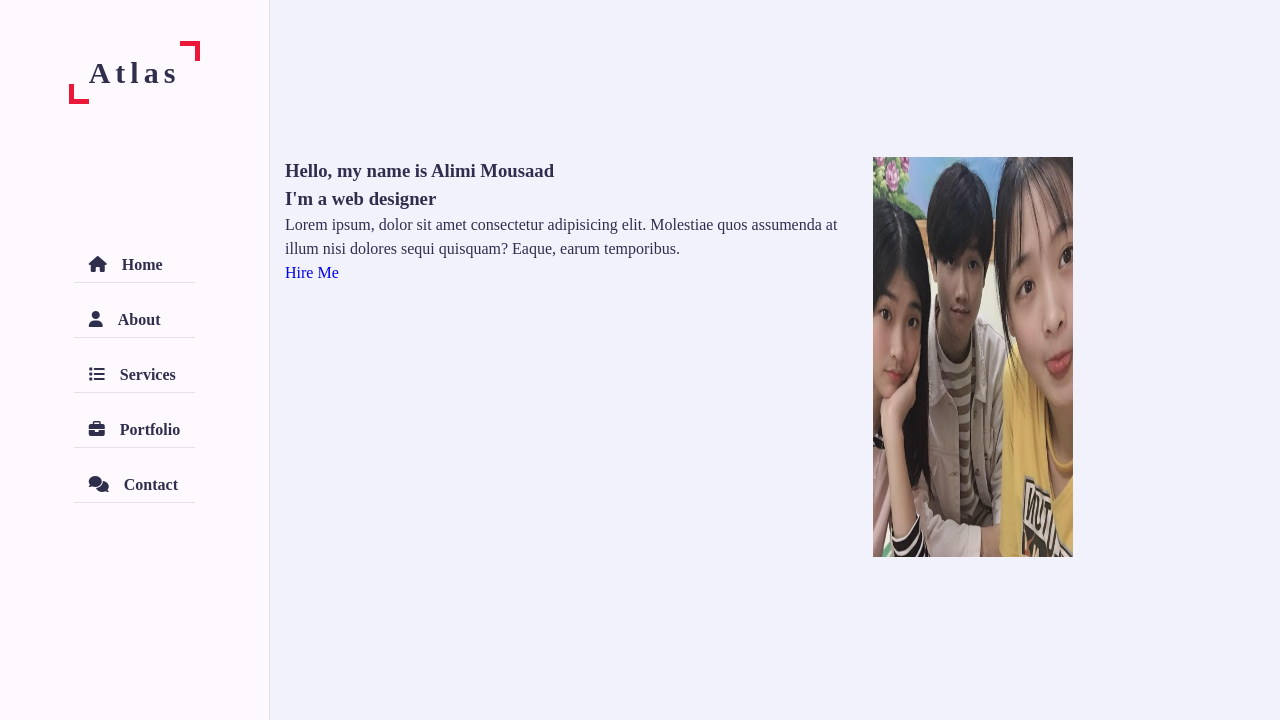
Repository: luanhoang0902/portfolio-ui
Page: index.html
An editor plug-in stored every save of this project. The page is shown before and after the next save, followed by the edit.
The browser window is 1280 px wide. The pictures show the whole page.
Some web fonts or font styles are not loaded; a fallback is used. Some web libraries are served in a nearby version.

Above is the page before, as saved 2022-06-02 15:03:01.

### index.html
<!DOCTYPE html>
<html lang="en">
  <head>
    <meta charset="UTF-8" />
    <meta http-equiv="X-UA-Compatible" content="IE=edge" />
    <meta name="viewport" content="width=device-width, initial-scale=1.0" />
    <title>Document</title>

    <!--  ===== CSS Files ===== -->
    <link rel="stylesheet" href="./css/style.css" />
    <link rel="stylesheet" href="./css/skins/color-1.css" />
    <link
      rel="stylesheet"
      href="https://cdnjs.cloudflare.com/ajax/libs/font-awesome/6.1.1/css/all.min.css"
    />
  </head>
  <body>
    <!--  ===== Main Container Start> ===== -->
    <div class="main-container">
      <!--  ===== Aside Start> ===== -->
      <div class="aside">
        <div class="logo">
          <a href="#"><span>A</span>tlas</a>
        </div>
        <div class="nav-toggler">
          <span></span>
        </div>
        <ul class="nav">
          <li><a href="#"><i class="fa fa-home" class = "active"></i>Home</a></li>
          <li><a href="#"><i class="fa fa-user"></i>About</a></li>
          <li><a href="#"><i class="fa fa-list"></i>Services</a></li>
          <li><a href="#"><i class="fa fa-briefcase"></i>Portfolio</a></li>
          <li><a href="#"><i class="fa fa-comments"></i>Contact</a></li>
        </ul>
      </div>
      <!--  ===== Aside End> ===== -->
      <!--  ===== Main Content Start> ===== -->
      <div class="main-content">
        <!--  ===== Home Selection Start> ===== -->
        <section class="home section">
          <div class="container">
            <div class="row">
              <div class="home-info">
                <h3 class="hello">Hello, my name is <span class="name">Alimi Mousaad</span></h3>
                <h3 class="my-profession">I'm a <span class="typing">web designer</span></h3>
                <p>Lorem ipsum, dolor sit amet consectetur adipisicing elit. Molestiae quos assumenda at illum nisi dolores sequi quisquam? Eaque, earum temporibus.</p>
                <a href="#contact" class = "btn hire-me">Hire Me</a>
              </div>
              <div class="home-img">
                <img src="./images/avatar.JPG" alt="">
              </div>
            </div>
          </div>
        </section>
        <!--  ===== Home Selection End> ===== -->
      </div>
       <!--  ===== Main Content End> ===== -->
    </div>
    <!--  ===== Main Container End> ===== -->
    <!--  ===== JS Files ===== -->
    <script src="js/script.js"></script>
  </body>
</html>

### css/style.css
/* import font chữ vào */
@import url('https://fonts.googleapis.com/css2?family=Clicker+Script&family=Montserrat:ital,wght@1,100&family=Poppins:ital,wght@0,200;0,300;0,400;0,500;0,700;1,600&display=swap');
/* Khai báo biến */
:root
{
    --bg-black-900: #f2f2fc;
    --bg-black-100: #fdf9ff;
    --bg-balck-50: #e8dfec;

    --text-black-900: #302e4d;
    --text-black-700: #504e70;
}

body
{
    line-height: 1.5;
    font-size: 16px;
    font-family: 'Poopins' sans-serif;
}

*
{
    margin: 0;
    padding: 0;
    outline: none;
    text-decoration: none;
    box-sizing: border-box;
}

::before,::after {
    box-sizing: border-box;
}

ul
{
    list-style: none;
}

.section
{
    background: var(--bg-black-900);
    min-height: 100vh;
    display: block;
    position: fixed;
    padding: 0 30px;
    left: 270px;
    top: 0;
    right: 0;
    opacity: 1;
}
.padd-15
{
    padding-left: 15px;
    padding-right: 15px;
}
.container
{
    max-width: 1100px;
    width: 100%;
    margin: auto;
}
.row
{
    display: flex;
    flex-wrap: wrap;
    margin-left: -15px;
    margin-right: -15px;
    position: relative;
}
/* aside */
.aside
{
    position: fixed;
    left: 0;
    top: 0;

    display: flex;
    justify-content: center;
    align-items: center;

    width: 270px;

    background: var(--bg-black-100);

    border-right: 1px solid var(--bg-balck-50);
    padding: 30px;
    height: 100%;
    z-index: 10;
}
.aside .logo
{
    position: absolute;
    top: 50px;
    font-size: 30px;
    text-transform: capitalize;
}
.aside .logo a
{
    position: relative;
    color: var(--text-black-900);
    font-weight: 700;

    padding: 15px 20px;
    font-size:30px;
    letter-spacing: 5px;
}
.aside .logo a span
{
    font-family: 'Click Script', cursive;
    font-family: 40px;
}
.aside .logo a::before
{
    content: '';
    position: absolute;
    bottom: 0;
    left: 0;
    width: 20px;
    height: 20px;

    border-bottom: 5px solid var(--skin-color);
    border-left: 5px solid var(--skin-color);
}
.aside .logo a::after
{
    content: '';
    position: absolute;
    top: 0;
    right: 0;
    width: 20px;
    height: 20px;

    border-top: 5px solid var(--skin-color);
    border-right: 5px solid var(--skin-color);
}
.aside .nav-toggler
{
    height: 40px;
    width: 45px;
    border: 1px solid var(--bg-balck-50);
    cursor: pointer;
    position: fixed;
    left: 300px;
    top: 20px;
    border-radius: 5px;
    background: var(--bg-balck-100);
    display: none;
    justify-content: center;
    align-items: center;
}
.aside .nav-toggler span
{
    height: 2px;
    width: 18px;
    background: var(--skin-color);
    display: inline-block;
    position: relative;
}
.aside .nav-toggler span::before
{
    content: '';
    height: 2px;
    width: 18px;
    background: var(--skin-color);
    position: absolute;
    top: -6px;
    left: 0;
}
.aside .nav-toggler span::after
{
    content: '';
    height: 2px;
    width: 18px;
    background: var(--skin-color);
    position: absolute;
    top: 6px;
    left: 0;
}
.aside .nav
{
    margin-top: 50px;
}
.aside .nav li
{
    margin-bottom: 20px;
    display: block;
}
.aside .nav li a
{
    font-size: 16px;
    font-weight: 600;
    display: block;
    border-bottom: 1px solid var(--bg-balck-50);
    color: var(--text-black-900);
    padding: 5px 15px;
}
.aside .nav li a.active
{
    color: var(--skin-color);
}
.aside .nav li a i
{
    margin-right: 15px;
}
/* Home */
.home
{
    min-height: 100vh;
    display: flex;
    color: var(--text-black-900);
}
.home .home-info
{
    flex: 0 0 60%;
    min-width: 60%;
}
.home .home-img
{
    flex: 0 0 40%;
    min-width: 40%;
}
.home .home-img img
{
    height: 400px;
    width: 200px;
}

Loaded but not shown: css/skins/color-1.css (common file); js/script.js (no copy from this time; the picture is the same without it)

After the next save:
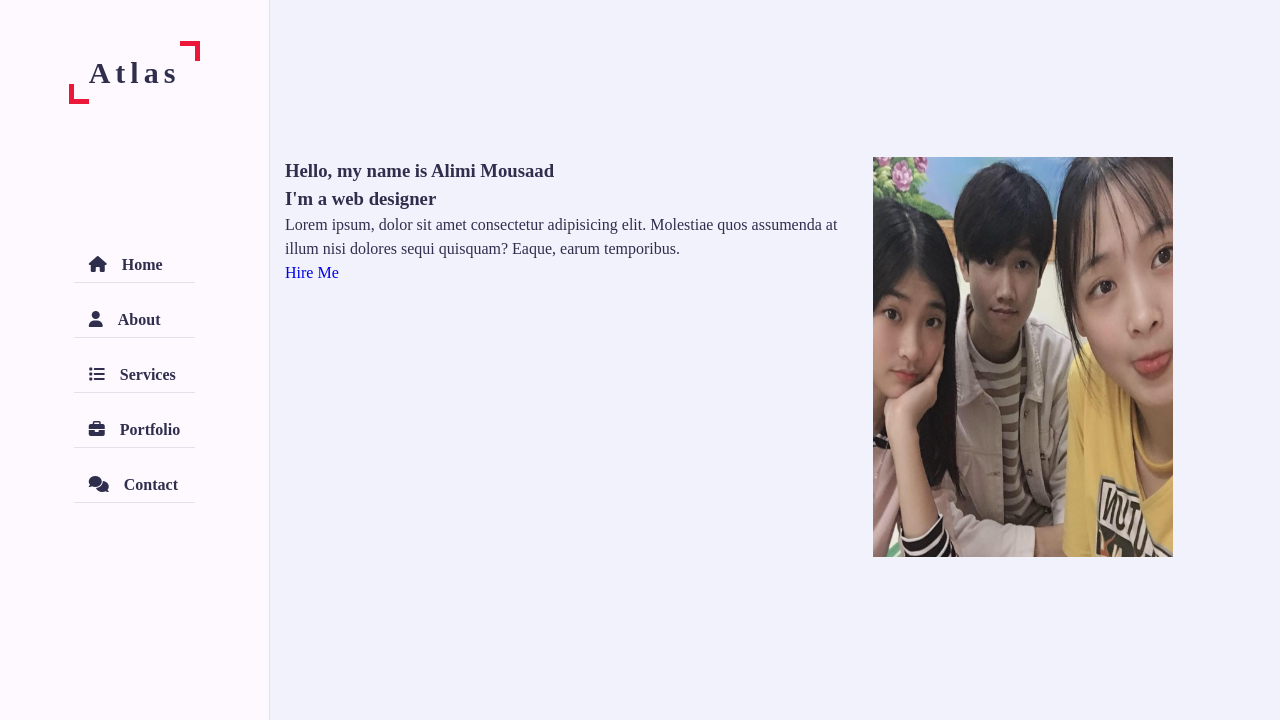
Saved 4 s later.
--- a/css/style.css
+++ b/css/style.css
@@ -222,5 +222,5 @@
 .home .home-img img
 {
     height: 400px;
-    width: 200px;
-}
+    width: 300px;
+}
